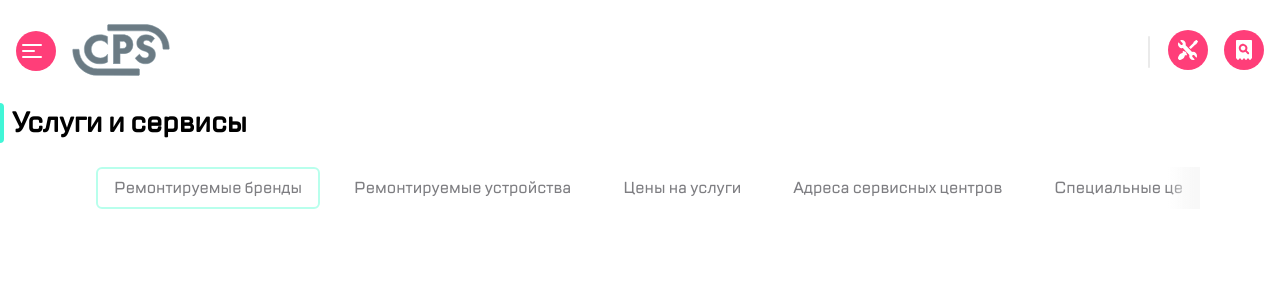
Repository: sem1103/bem
Page: index.html
An editor plug-in stored every save of this project. The page is shown before and after the next save, followed by the edit.
The browser window is 1280 px wide. The pictures show the whole page.

Above is the page before, as saved 2023-12-27 11:21:05.

### index.html
<!DOCTYPE html>
<html lang="en">
<head>
    <meta charset="UTF-8">
    <meta name="viewport" content="width=device-width, initial-scale=1.0">
    <title>CPS</title>
    <link rel="stylesheet" href="styles/reset.css">
    <link rel="stylesheet" href="styles/main.css">
</head>
<body>
    <div id="page" >
        <header>
            <nav>
                <div class="burger">
                    <button class="burger__btn ">
                        <span></span>
                        <span></span>
                        <span></span>
                    </button>
                </div>

                <div class="burger-menu">

                    <ul class="burger-menu__list">
                        <li><a href="">Главная</a></li>
                        <li><a href="">Услуги и сервисы</a></li>
                        <li><a href="">Контакты</a></li>
                        <li><a href="">
                            <svg xmlns="http://www.w3.org/2000/svg" width="40" height="40" viewBox="0 0 40 40" fill="none">
                                <rect width="40" height="40" rx="20" fill="#FF3E79"/>
                                <path fill-rule="evenodd" clip-rule="evenodd" d="M12.7602 23.25L15.3002 22.96C15.9102 22.89 16.5102 23.1 16.9402 23.53L18.7802 25.37C21.6102 23.93 23.9302 21.62 25.3702 18.78L23.5202 16.93C23.0902 16.5 22.8802 15.9 22.9502 15.29L23.2402 12.77C23.3602 11.76 24.2102 11 25.2302 11H26.9602C28.0902 11 29.0302 11.94 28.9602 13.07C28.4302 21.61 21.6002 28.43 13.0702 28.96C11.9402 29.03 11.0002 28.09 11.0002 26.96V25.23C10.9902 24.22 11.7502 23.37 12.7602 23.25Z" fill="white"/>
                              </svg>
                        </a></li>
                        <li><a href="">
                            <svg xmlns="http://www.w3.org/2000/svg" width="40" height="40" viewBox="0 0 40 40" fill="none">
                                <rect width="40" height="40" rx="20" fill="#FF3E79"/>
                                <path fill-rule="evenodd" clip-rule="evenodd" d="M28 11H12C10.9 11 10.01 11.9 10.01 13L10 31L14 26H28C29.1 26 30 25.1 30 24V13C30 11.9 29.1 11 28 11ZM21 22H15C14.45 22 14 21.55 14 21C14 20.45 14.45 20 15 20H21C21.55 20 22 20.45 22 21C22 21.55 21.55 22 21 22ZM25 17H15C14.45 17 14 16.55 14 16C14 15.45 14.45 15 15 15H25C25.55 15 26 15.45 26 16C26 16.55 25.55 17 25 17Z" fill="white"/>
                                <mask id="mask0_0_1880" style="mask-type:luminance" maskUnits="userSpaceOnUse" x="10" y="11" width="20" height="20">
                                  <path fill-rule="evenodd" clip-rule="evenodd" d="M28 11H12C10.9 11 10.01 11.9 10.01 13L10 31L14 26H28C29.1 26 30 25.1 30 24V13C30 11.9 29.1 11 28 11ZM21 22H15C14.45 22 14 21.55 14 21C14 20.45 14.45 20 15 20H21C21.55 20 22 20.45 22 21C22 21.55 21.55 22 21 22ZM25 17H15C14.45 17 14 16.55 14 16C14 15.45 14.45 15 15 15H25C25.55 15 26 15.45 26 16C26 16.55 25.55 17 25 17Z" fill="white"/>
                                </mask>
                                <g mask="url(#mask0_0_1880)">
                                </g>
                              </svg>
                        </a></li>
                        <li><a href="">
                            <svg xmlns="http://www.w3.org/2000/svg" width="40" height="40" viewBox="0 0 40 40" fill="none">
                                <rect width="40" height="40" rx="20" fill="#FF3E79"/>
                                <path d="M20.5 19C22.9853 19 25 16.9853 25 14.5C25 12.0147 22.9853 10 20.5 10C18.0147 10 16 12.0147 16 14.5C16 16.9853 18.0147 19 20.5 19Z" fill="white"/>
                                <path d="M10.0166 26.6118C9.88693 27.3412 10.5352 28 11.339 28H28.6604C29.4902 28 30.1125 27.3412 29.9829 26.6118C29.2309 22.4 25.0561 20 19.9997 20C14.9433 20 10.7686 22.4 10.0166 26.6118Z" fill="white"/>
                              </svg>
                        </a></li>
                    </ul>
                </div>

                <div class="logo">
                    <svg class="logo__item" xmlns="http://www.w3.org/2000/svg" width="98" height="52" viewBox="0 0 98 52" fill="none">
                        <path fill-rule="evenodd" clip-rule="evenodd" d="M36.5703 0.592529C36.018 0.592529 35.5703 1.04024 35.5703 1.59253V5.86748C35.5703 6.41977 36.018 6.86748 36.5703 6.86748H72.8973C83.0242 6.86748 90.9777 14.6641 90.9777 24.757C90.9777 25.0425 91.2092 25.274 91.4948 25.274H96.757C97.0425 25.274 97.274 25.0425 97.274 24.757C97.274 11.2677 86.432 0.592529 72.8973 0.592529H36.5703Z" fill="#6B7B84" stroke="#80949F" stroke-width="0.5"/>
                        <path fill-rule="evenodd" clip-rule="evenodd" d="M7.10682 25.7122C7.10682 25.4702 6.91059 25.2739 6.66853 25.2739H1.16436C0.922303 25.2739 0.726074 25.4702 0.726074 25.7122C0.726074 39.3616 10.9493 50.6311 24.1687 51.3686L66.5104 51.4064C67.063 51.4069 67.5113 50.959 67.5113 50.4064V45.8267C67.5113 45.2745 67.0635 44.8267 66.5113 44.8267H25.6265C15.3903 44.7984 7.10682 36.283 7.10682 25.7122Z" fill="#6B7B84" stroke="#80949F" stroke-width="0.5"/>
                        <path fill-rule="evenodd" clip-rule="evenodd" d="M28.1415 39.7924C30.8803 39.7924 33.1616 39.2603 35.4149 38.1655L35.5704 38.0199V30.1855L34.7273 31.2649C33.1049 33.0378 30.9259 34.0137 28.4608 34.0137C23.8692 34.0137 19.2575 31.0459 19.2575 25.3738C19.2575 21.0874 22.4381 16.532 28.2993 16.532C29.4688 16.532 32.313 16.8085 34.7232 19.368L35.5704 20.4117V12.6127L35.4218 12.4653C33.1258 11.3147 30.7843 10.7554 28.1137 10.7554C23.5467 10.7554 19.9821 11.9577 17.1438 14.4289C15.3435 15.9777 12.3408 19.4485 12.3408 25.2923C12.3408 29.6131 13.8793 32.9875 17.1669 35.9144C20.2252 38.5962 23.6163 39.7924 28.1415 39.7924Z" fill="#6B7B84"/>
                        <path d="M28.1415 39.7924C30.8803 39.7924 33.1616 39.2603 35.4149 38.1655L35.5704 38.0199V30.1855L34.7273 31.2649C33.1049 33.0378 30.9259 34.0137 28.4608 34.0137C23.8692 34.0137 19.2575 31.0459 19.2575 25.3738C19.2575 21.0874 22.4381 16.532 28.2993 16.532C29.4688 16.532 32.313 16.8085 34.7232 19.368L35.5704 20.4117V12.6127L35.4218 12.4653C33.1258 11.3147 30.7843 10.7554 28.1137 10.7554C23.5467 10.7554 19.9821 11.9577 17.1438 14.4289C15.3435 15.9777 12.3408 19.4485 12.3408 25.2923C12.3408 29.6131 13.8793 32.9875 17.1669 35.9144C20.2252 38.5962 23.6163 39.7924 28.1415 39.7924" stroke="#80949F" stroke-width="0.5"/>
                        <path fill-rule="evenodd" clip-rule="evenodd" d="M47.9111 17.2888H49.2755C50.5269 17.2888 51.9533 17.3571 53.0328 18.093C53.56 18.4695 54.4445 19.3412 54.4445 20.9246C54.4445 22.0946 53.9274 23.1437 53.0734 23.7984C51.9783 24.5932 50.6768 24.5476 49.6309 24.5476H47.9111V17.2888ZM50.977 29.8179C54.2084 29.8179 56.7377 28.8858 58.4943 27.1298C60.655 24.9735 60.9779 22.0073 60.9779 20.4435C60.9779 18.7703 60.5813 15.5066 57.9212 13.1435C55.7407 11.2328 53.4142 10.7554 50.1324 10.7554H41.3779V39.7924H48.0365V29.8179H50.977Z" fill="#6B7B84"/>
                        <path d="M47.9111 17.2888V17.0388H47.6611V17.2888H47.9111ZM53.0328 18.093L53.1782 17.8895L53.1736 17.8864L53.0328 18.093ZM53.0734 23.7984L53.2203 24.0007L53.2254 23.9968L53.0734 23.7984ZM47.9111 24.5476H47.6611V24.7976H47.9111V24.5476ZM58.4943 27.1298L58.3177 26.9529L58.3175 26.953L58.4943 27.1298ZM57.9212 13.1435L58.0872 12.9566L58.086 12.9555L57.9212 13.1435ZM41.3779 10.7554V10.5054H41.1279V10.7554H41.3779ZM41.3779 39.7924H41.1279V40.0424H41.3779V39.7924ZM48.0365 39.7924V40.0424H48.2865V39.7924H48.0365ZM48.0365 29.8179V29.5679H47.7865V29.8179H48.0365ZM47.9111 17.5388H49.2755V17.0388H47.9111V17.5388ZM49.2755 17.5388C50.5326 17.5388 51.8839 17.6123 52.892 18.2995L53.1736 17.8864C52.0227 17.1019 50.5212 17.0388 49.2755 17.0388V17.5388ZM52.8875 18.2964C53.3751 18.6447 54.1945 19.4495 54.1945 20.9246H54.6945C54.6945 19.233 53.7448 18.2943 53.1782 17.8895L52.8875 18.2964ZM54.1945 20.9246C54.1945 22.0205 53.7107 22.9948 52.9213 23.5999L53.2254 23.9968C54.1441 23.2926 54.6945 22.1687 54.6945 20.9246H54.1945ZM52.9265 23.596C51.9091 24.3345 50.6971 24.2976 49.6309 24.2976V24.7976C50.6564 24.7976 52.0475 24.8519 53.2202 24.0007L52.9265 23.596ZM49.6309 24.2976H47.9111V24.7976H49.6309V24.2976ZM48.1611 24.5476V17.2888H47.6611V24.5476H48.1611ZM50.977 30.0679C54.2568 30.0679 56.8563 29.1207 58.671 27.3066L58.3175 26.953C56.6191 28.6509 54.1599 29.5679 50.977 29.5679V30.0679ZM58.6709 27.3068C60.9029 25.0793 61.2279 22.0287 61.2279 20.4435H60.7279C60.7279 21.9859 60.407 24.8678 58.3177 26.9529L58.6709 27.3068ZM61.2279 20.4435C61.2279 18.7422 60.8263 15.3898 58.0872 12.9566L57.7552 13.3304C60.3363 15.6233 60.7279 18.7983 60.7279 20.4435H61.2279ZM58.086 12.9555C55.84 10.9874 53.4417 10.5054 50.1324 10.5054V11.0054C53.3867 11.0054 55.6415 11.4782 57.7564 13.3315L58.086 12.9555ZM50.1324 10.5054H41.3779V11.0054H50.1324V10.5054ZM41.1279 10.7554V39.7924H41.6279V10.7554H41.1279ZM41.3779 40.0424H48.0365V39.5424H41.3779V40.0424ZM48.2865 39.7924V29.8179H47.7865V39.7924H48.2865ZM48.0365 30.0679H50.977V29.5679H48.0365V30.0679Z" fill="#80949F"/>
                        <path fill-rule="evenodd" clip-rule="evenodd" d="M80.953 24.4687C79.5053 23.1861 77.4846 22.4425 75.1911 21.6713C73.5569 21.1027 72.6565 20.7894 72.0562 20.2421C71.5824 19.8399 71.3712 19.4033 71.3712 18.8262C71.3712 17.5622 72.2301 16.2113 74.6414 16.2113C76.2801 16.2113 77.6521 16.912 78.7197 18.293L79.1435 18.8414L82.6597 14.3656L82.3392 14.0445C80.1886 11.8924 77.3548 10.7554 74.1439 10.7554C67.6657 10.7554 64.7658 14.9699 64.7658 19.1468C64.7658 21.3882 65.5651 23.196 67.1367 24.5175C68.5437 25.7234 70.2595 26.3991 71.9054 26.9507L72.0914 27.0123C73.553 27.4954 75.0646 27.9954 75.9674 28.8034C76.5955 29.3805 76.8754 30.0076 76.8754 30.8367C76.8754 32.7368 75.379 34.0137 73.152 34.0137C71.3916 34.0137 69.0735 33.1508 67.8471 30.7296L67.5263 30.0953L63.1558 34.1411L63.4135 34.5056C64.8079 36.4801 67.9545 39.7924 73.3594 39.7924C79.3191 39.7924 83.4817 35.9608 83.4817 30.4751C83.4817 27.3374 82.1051 25.4752 80.953 24.4687Z" fill="#6B7B84"/>
                        <path d="M80.953 24.4687C79.5053 23.1861 77.4846 22.4425 75.1911 21.6713C73.5569 21.1027 72.6565 20.7894 72.0562 20.2421C71.5824 19.8399 71.3712 19.4033 71.3712 18.8262C71.3712 17.5622 72.2301 16.2113 74.6414 16.2113C76.2801 16.2113 77.6521 16.912 78.7197 18.293L79.1435 18.8414L82.6597 14.3656L82.3392 14.0445C80.1886 11.8924 77.3548 10.7554 74.1439 10.7554C67.6657 10.7554 64.7658 14.9699 64.7658 19.1468C64.7658 21.3882 65.5651 23.196 67.1367 24.5175C68.5437 25.7234 70.2595 26.3991 71.9054 26.9507L72.0914 27.0123C73.553 27.4954 75.0646 27.9954 75.9674 28.8034C76.5955 29.3805 76.8754 30.0076 76.8754 30.8367C76.8754 32.7368 75.379 34.0137 73.152 34.0137C71.3916 34.0137 69.0735 33.1508 67.8471 30.7296L67.5263 30.0953L63.1558 34.1411L63.4135 34.5056C64.8079 36.4801 67.9545 39.7924 73.3594 39.7924C79.3191 39.7924 83.4817 35.9608 83.4817 30.4751C83.4817 27.3374 82.1051 25.4752 80.953 24.4687" stroke="#80949F" stroke-width="0.5"/>
                      </svg>
                </div>

                <div class="right-nav">
                    <ul class="right-nav__list">
                        <li><a href="">
                            <svg xmlns="http://www.w3.org/2000/svg" width="40" height="40" viewBox="0 0 40 40" fill="none">
                                <rect width="40" height="40" rx="20" fill="#FF3E79"/>
                                <path d="M18.2581 23.4583L18.6668 23.0494L16.95 21.3322L16.5412 21.7411L16.3368 21.5367C16.0098 21.1687 15.6828 20.9643 15.3558 21.0052C15.1105 21.0052 14.9061 21.1687 14.7426 21.414C14.4973 21.8229 14.62 22.2726 14.6608 22.5588C14.6608 22.6406 14.7017 22.6815 14.7017 22.7632C14.7017 22.8859 14.7017 23.0494 14.4156 23.0903C14.0068 23.213 13.4754 23.3356 12.944 23.6218C12.2082 24.0307 11.7176 24.3987 11.4315 24.7666C9.91902 26.7291 10.0008 28.4055 10.0008 28.4872C10.0008 28.6099 10.0417 28.6917 10.1234 28.7325L11.2271 29.8773C11.3089 29.9591 11.3906 30 11.4724 30C11.4724 30 11.5133 30 11.595 30C12.0038 30 13.4754 29.9182 15.1922 28.569C15.5601 28.2828 15.928 27.7922 16.3368 27.0562C16.623 26.5656 16.7865 26.0341 16.8682 25.5844C16.95 25.2982 17.0726 25.2982 17.1953 25.2982C17.2361 25.2982 17.3179 25.339 17.3996 25.339C17.5631 25.3799 17.7267 25.4208 17.931 25.4208C18.1354 25.4208 18.3398 25.3799 18.5442 25.2573C18.7895 25.0937 18.953 24.8893 18.9939 24.644C19.0347 24.3169 18.8712 23.9898 18.5033 23.7036L18.2581 23.4583Z" fill="white"/>
                                <path d="M26.884 14.8784L28.0188 14.326C28.0609 14.2835 28.1449 14.241 28.1869 14.1986L29.9101 11.8616C30.0362 11.6916 30.0362 11.4367 29.8681 11.3092L28.6913 10.1195C28.5652 9.99199 28.313 9.9495 28.1449 10.077L25.8333 11.8191C25.7913 11.8616 25.7493 11.9041 25.7072 11.989L25.1609 13.1363L21 17.2154L22.7652 19L26.884 14.8784Z" fill="white"/>
                                <path d="M27.8527 23.0448C26.8636 22.0036 25.4393 21.6288 24.0941 22.0036L17.6453 15.1733C17.7244 14.7985 17.764 14.4653 17.764 14.0905C17.764 13.0493 17.3683 12.0081 16.6166 11.2167C15.588 10.0923 14.045 9.71742 12.6207 10.2172C12.5416 10.2588 12.4229 10.3838 12.3833 10.5504C12.3833 10.6753 12.4229 10.8003 12.502 10.9252L14.4406 12.966C14.8758 13.4241 14.8758 14.2154 14.4406 14.6735C14.0054 15.1317 13.2537 15.1317 12.8185 14.6735L10.8799 12.6328C10.7612 12.5495 10.6425 12.5078 10.4843 12.5495C10.3656 12.5495 10.2469 12.6744 10.2073 12.7994C9.73256 14.2571 10.0886 15.8813 11.1173 16.9642C11.8294 17.7555 12.8581 18.172 13.8867 18.172C14.2032 18.172 14.5593 18.1303 14.8758 18.047L21.3642 24.8773C21.0082 26.2933 21.4038 27.7927 22.3533 28.8339C23.105 29.6252 24.0546 30 25.0832 30C25.5184 30 25.914 29.9167 26.3492 29.7918C26.4679 29.7501 26.5866 29.6252 26.6262 29.5002C26.6658 29.3753 26.6262 29.2087 26.5075 29.1254L24.5689 27.0846C24.3711 26.8764 24.2128 26.5432 24.2128 26.21C24.2128 25.8768 24.3315 25.5853 24.5689 25.3354C24.8063 25.0855 25.0832 24.9606 25.3997 24.9606C25.7162 24.9606 25.9932 25.0855 26.2306 25.3354L28.1692 27.3762C28.2879 27.4595 28.4065 27.5011 28.5252 27.5011C28.6439 27.4595 28.7626 27.3762 28.8022 27.2512C28.9209 26.8348 29 26.3766 29 25.9185C29 24.8356 28.6044 23.7944 27.8527 23.0448Z" fill="white"/>
                              </svg>
                        </a></li>

                        <li><a href="">
                            <svg xmlns="http://www.w3.org/2000/svg" width="40" height="40" viewBox="0 0 40 40" fill="none">
                                <rect width="40" height="40" rx="20" fill="#FF3E79"/>
                                <path fill-rule="evenodd" clip-rule="evenodd" d="M12 11C12 10.4477 12.4477 10 13 10H27C27.5523 10 28 10.4477 28 11V28.5C27.1716 28.5 26.5 29.1715 26.5 29.9999H25.5C25.5 29.1715 24.8284 28.5 24 28.5C23.1716 28.5 22.5 29.1715 22.5 29.9999H21.5C21.5 29.1715 20.8284 28.5 20 28.5C19.1716 28.5 18.5 29.1715 18.5 29.9999H17.5C17.5 29.1715 16.8284 28.5 16 28.5C15.1716 28.5 14.5 29.1715 14.5 29.9999H13.5C13.5 29.1715 12.8284 28.5 12 28.5V11ZM21.4163 21.7884C20.5536 22.3443 19.4703 22.5936 18.3296 22.3827C16.5274 22.0472 15.0895 20.5326 14.8595 18.7114C14.4952 15.8261 16.9492 13.4201 19.8538 13.8802C21.656 14.1677 23.1034 15.6439 23.4006 17.4365C23.5828 18.5484 23.3239 19.5741 22.7871 20.4272L24.896 22.5265C25.2699 22.9003 25.2699 23.5138 24.896 23.8876C24.5126 24.2711 23.8991 24.2711 23.5252 23.8972L21.4163 21.7884ZM16.7058 18.0588C16.7058 16.7599 17.7599 15.7058 19.0588 15.7058C20.3576 15.7058 21.4117 16.7599 21.4117 18.0588C21.4117 19.3576 20.3576 20.4117 19.0588 20.4117C17.7599 20.4117 16.7058 19.3576 16.7058 18.0588Z" fill="white"/>
                              </svg>
                        </a></li>
                    </ul>
                </div>
            </nav>
        </header>

        <main >
            <div class="title">
                <h1>
                    Услуги и сервисы
                </h1>
                <ul class="title__nav">
                    <li><a href=""></a></li>
                    <li><a href=""></a></li>
                </ul>
            </div>

            <div class="navigation container">
                <ul class="navigation__list">
                    <li><button class="navigation__item navigation__item_active">Ремонтируемые бренды</button></li>
                    <li><button class="navigation__item">Ремонтируемые устройства</button></li>
                    <li><button class="navigation__item">Цены на услуги</button></li>
                    <li><button class="navigation__item">Адреса сервисных центров</button></li>
                    <li><button class="navigation__item">Специальные цены</button></li>
                </ul>
            </div>
        </main>

        <footer></footer>
    </div>
</body>
</html>

### styles/reset.css
:root{
    --green: #57aa32;
    --gray: #2e2d2c;
}
html{
    scroll-behavior: smooth;
}
html,
body,
div,
span,
applet,
object,
iframe,
h1,
h2,
h3,
h4,
h5,
h6,
p,
blockquote,
pre,
a,
abbr,
acronym,
address,
big,
cite,
code,
del,
dfn,
em,
img,
ins,
kbd,
q,
s,
samp,
small,
strike,
strong,
sub,
sup,
tt,
var,
b,
u,
i,
center,
dl,
dt,
dd,
ol,
ul,
li,
fieldset,
form,
label,
legend,
table,
caption,
tbody,
tfoot,
thead,
tr,
th,
td,
article,
aside,
canvas,
details,
embed,
figure,
figcaption,
footer,
header,
hgroup,
menu,
nav,
output,
ruby,
section,
summary,
time,
mark,
audio,
video {
    margin: 0;
    padding: 0;
    border: 0;
    font-size: 100%;
    font: inherit;
    vertical-align: baseline
}

article,
aside,
details,
figcaption,
figure,
footer,
header,
hgroup,
menu,
nav,
section {
    display: block
}

body {
    line-height: 1;
}

ol,
ul {
    list-style: none
}

blockquote,
q {
    quotes: none
}

blockquote:before,
blockquote:after,
q:before,
q:after {
    content: '';
    content: none
}

table {
    border-collapse: collapse;
    border-spacing: 0
}

a {
    text-decoration: none;
    color: #365edc;
    transition: all .3s ease-in-out
}

a:hover {
    color: #365edc;
}

* {
    box-sizing: border-box
}

main img{
    width: 100%;
    height: auto;
}

### styles/main.css
:root{
    --pink: #FF3E79;
}
@font-face {
    font-family: 'TT Lakes Medium';
    src: url('../fonts/TTLakes-Medium.eot');
    src: url('../fonts/TTLakes-Medium.eot?#iefix') format('embedded-opentype'),
    url('../fonts/TTLakes-Medium.woff') format('woff'),
    url('../fonts/TTLakes-Medium.ttf') format('truetype');
    font-weight: normal;
    font-style: normal;
    }
h1{
    font:700 28px/40px 'TT Lakes Medium';
    position: relative;
    padding: 0 0 0 12px;
}
h1::before{
    content: '';
    position: absolute;
    width: 4px;
    height: 100%;
    left: 0;
    background: #41F6D7;
    border-radius: 0 5px 5px 0;
}
.container{
    max-width: 1120px;
    margin: 0 auto;
    padding: 0 16px;
}
header{
    position: relative;
    padding: 24px 16px;
}
nav{
    display: flex;
    align-items: center;
}
nav > div:last-child{
    margin: 0 0 0 auto;
}
.burger-menu{
    position: absolute;
    left: -300%;
}
.burger__btn{
    width: 40px;
    height: 40px;
    background: var(--pink);
    border: 0;
    border-radius: 50%;
    position: relative;
    cursor: pointer;
    margin: 0 16px 0 0;
}
.burger__btn span{
    display: block;
    width: 20px;
    height: 2px;
    background: #fff;
    border-radius: 5px;
    position: absolute;
    top: 50%;
    transform: translate(0, -50%);
}
.burger__btn span:first-child{
    top: 35%;
}
.burger__btn span:nth-child(2){
    width: 13px;
}
.burger__btn span:last-child{
    top: 65%;
}

.right-nav__list{
    display: flex;
    gap: 16px;
    position: relative;
}
.logo__item{
    position: relative;
}
.right-nav__list::before{
    content: "";
    position: absolute;
    left: -20px;
    height: 32px;
    top: 50%;
    transform: translateY(-50%);
    width: 2px;
    border-radius: 1px;
    background-color: #EAEAEA;
}
.navigation{
    position: relative;
}
.navigation__list{
    display: flex;
    overflow: auto;
    gap: 16px;
    margin: 24px 0;
}
.navigation::after{
    content: '';
    width: 32px;
    height: 100%;
    position: absolute;
    right: 0;
    top: 0;
    background: linear-gradient(270deg, #F8F8F8 16.84%, rgba(248, 248, 248, 0.00) 100%);}
.navigation__item{
    color: #7E7E82;
    font: 500 16px 'TT Lakes Medium';
    background-color: #fff;
    padding: 8px 16px;
    white-space: nowrap;
    border: 2px solid transparent;
    border-radius: 6px;
    transition: all .3s ease-in-out;
}
.navigation__item_active{
    border-color: #B8FFEC;
}

After the next save:
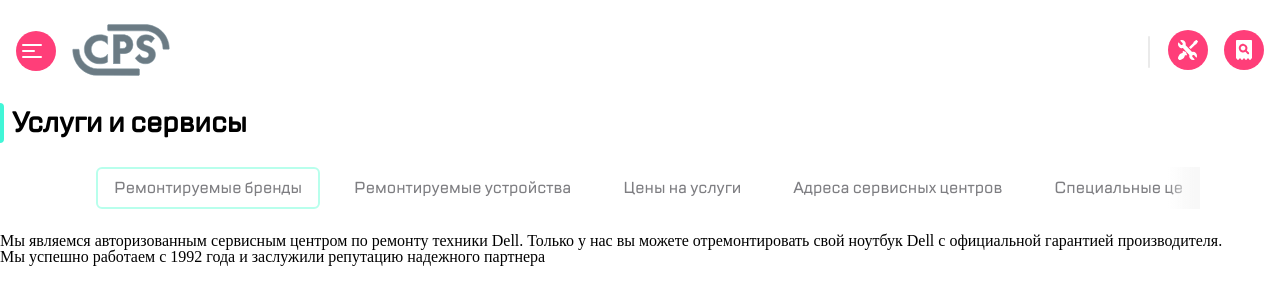
Saved 3 h 12 min later.
--- a/index.html
+++ b/index.html
@@ -107,6 +107,15 @@
                     <li><button class="navigation__item">Специальные цены</button></li>
                 </ul>
             </div>
+
+            <section class="content">
+                <div class="content__text">
+                    <p>Мы являемся авторизованным сервисным центром по ремонту техники Dell. Только у нас вы можете отремонтировать свой ноутбук Dell с официальной гарантией производителя.</p>
+                    <p>
+                        Мы успешно работаем с 1992 года и заслужили репутацию надежного партнера
+                    </p>
+                </div>
+            </section>
         </main>
 
         <footer></footer>
